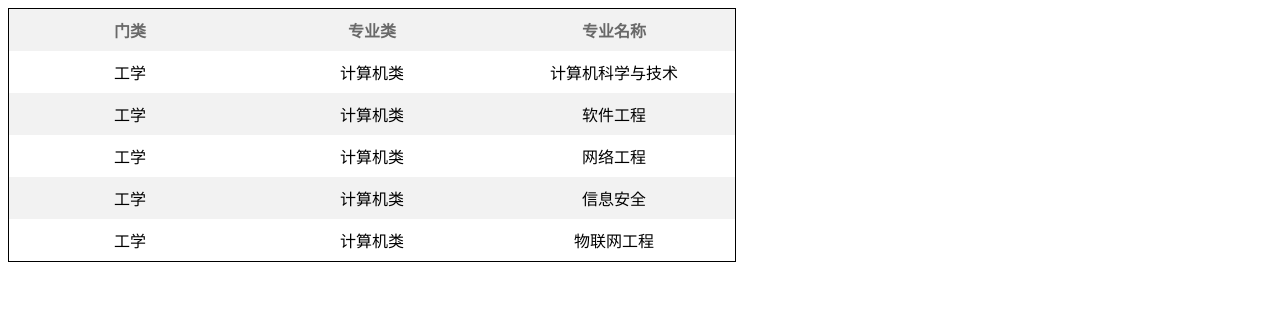
Repository: akaCSDN/test
Page: 2.1.1关注专业.html
The author's editor kept a copy of each file at every save. The page is drawn from the files as they stood at one save, then again after a run of saves.
The browser window is 1280 px wide. The pictures show the whole page.

Above is the page before, as saved 2022-12-03 22:33:35.

### 2.1.1关注专业.html
<!DOCTYPE html>
<html lang="en">
<head>
    <meta charset="UTF-8">
    <meta http-equiv="X-UA-Compatible" content="IE=edge">
    <meta name="viewport" content="width=device-width, initial-scale=1.0">
    <title>Document</title>
    <style type="text/css">
        table{
            border: 1px solid black;
        }
        table th,td{
            /* border: 1px solid black; */
            width: 240px;
            height: 40px;
            text-align: center;
        }
        table tr:nth-child(odd){
            background-color: rgba(167, 167, 167, 0.147);
        }


    </style>
</head>
<body>

    <table cellspacing="0" id="table_All">
        <tr style="color: rgb(105, 105, 105);">
            <th>门类</th>
            <th>专业类</th>
            <th>专业名称</th>
        </tr>
        <tr>
            <td>工学</td>
            <td>计算机类</td>
            <td>计算机科学与技术</td>
        </tr>
        <tr>
            <td>工学</td>
            <td>计算机类</td>
            <td>软件工程</td>
        </tr>
        <tr>
            <td>工学</td>
            <td>计算机类</td>
            <td>网络工程</td>
        </tr>
        <tr>
            <td>工学</td>
            <td>计算机类</td>
            <td>信息安全</td>
        </tr>
        <tr>
            <td>工学</td>
            <td>计算机类</td>
            <td>物联网工程</td>
        </tr>



    </table>
</body>
</html>

After the next 4 saves:
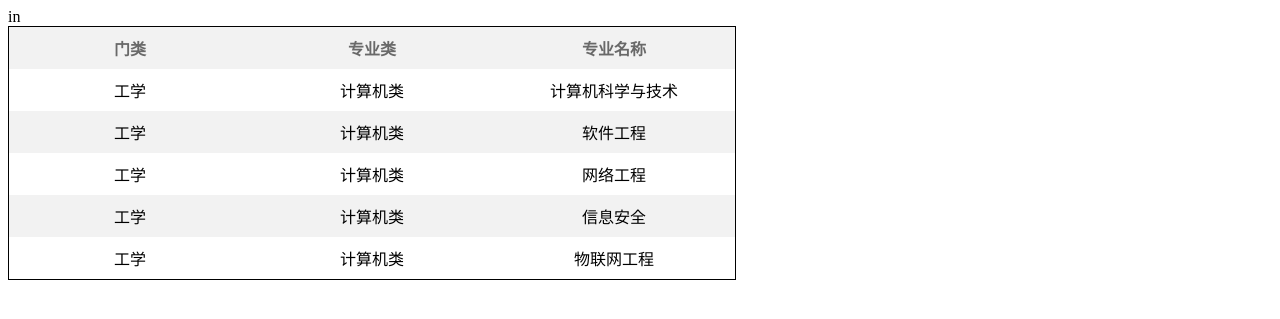
The 4 saves are shown as one change because they came seconds apart.
The last was saved 4 min 45 s later.
--- a/2.1.1关注专业.html
+++ b/2.1.1关注专业.html
@@ -23,7 +23,9 @@
     </style>
 </head>
 <body>
-
+    <form action="">
+        in
+    </form>
     <table cellspacing="0" id="table_All">
         <tr style="color: rgb(105, 105, 105);">
             <th>门类</th>
